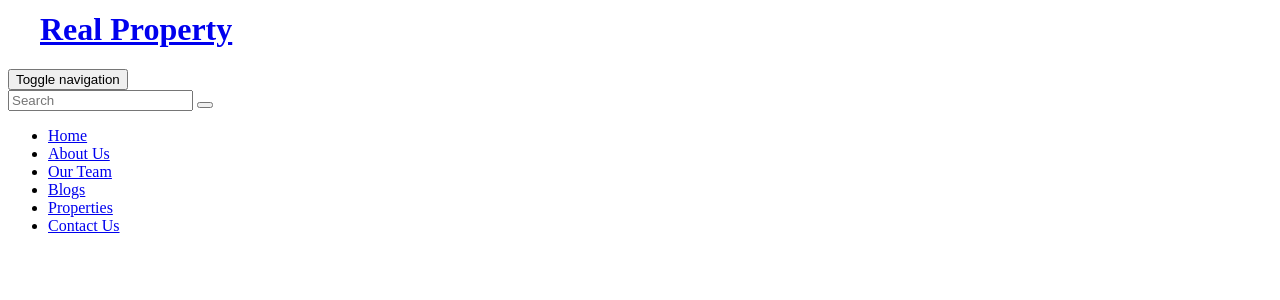
Repository: Apeksha14/AngularAppExample
Page: public/templates/header.html
These files come from the project's save history. The page is drawn as it stood at one moment and after the next save; the edit follows.
The browser window is 1280 px wide. The pictures show the whole page.

Above is the page before, as saved 2017-05-01 16:34:13.

After the next save:
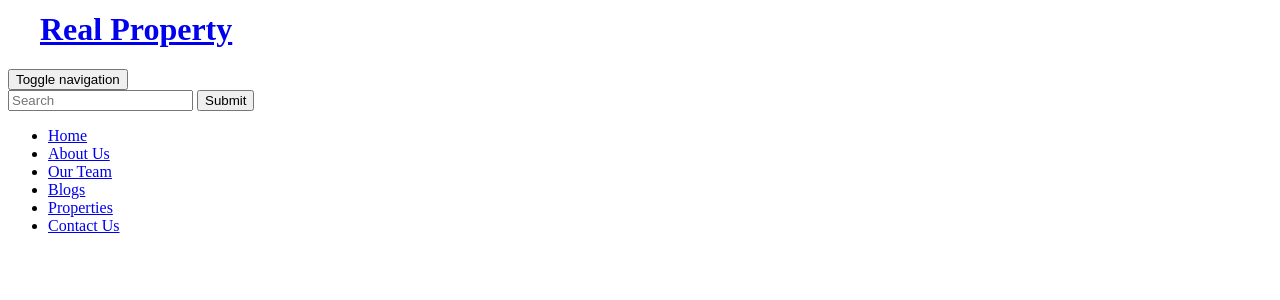
Saved 112 s later.
--- a/public/templates/header.html
+++ b/public/templates/header.html
@@ -22,7 +22,7 @@
 						<div class="header-right-search">
 							<form action="/" method="post">
 								<input type="search" ng-model="searchid" placeholder="Search" required="" />
-								<button type="submit" ng-click="sub(searchid)" value=" ">
+								<button class="btn btn-primary" ng-click="sub(desc)">Submit</button>
 							</form>
 						</div>
 

After the 2 saves that followed:
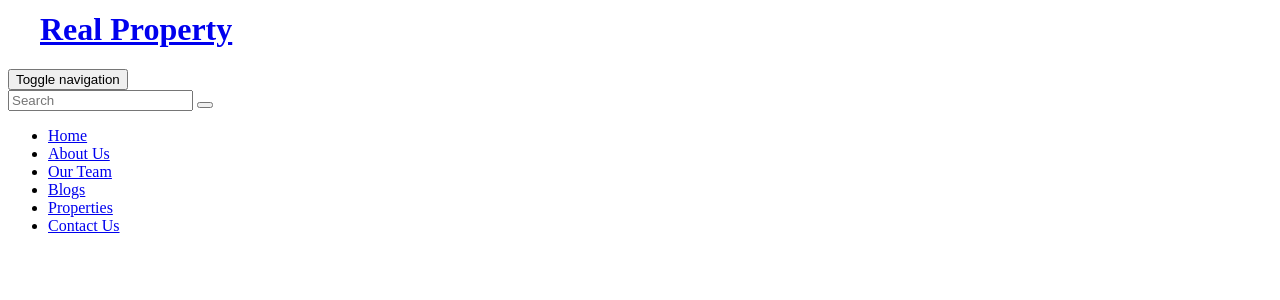
The 2 saves are shown as one change because 1 left the picture as it was.
The last was saved 76 s later.
--- a/public/templates/header.html
+++ b/public/templates/header.html
@@ -22,7 +22,7 @@
 						<div class="header-right-search">
 							<form action="/" method="post">
 								<input type="search" ng-model="searchid" placeholder="Search" required="" />
-								<button class="btn btn-primary" ng-click="sub(desc)">Submit</button>
+								<button ng-click="sub(desc)"></button>
 							</form>
 						</div>
 
